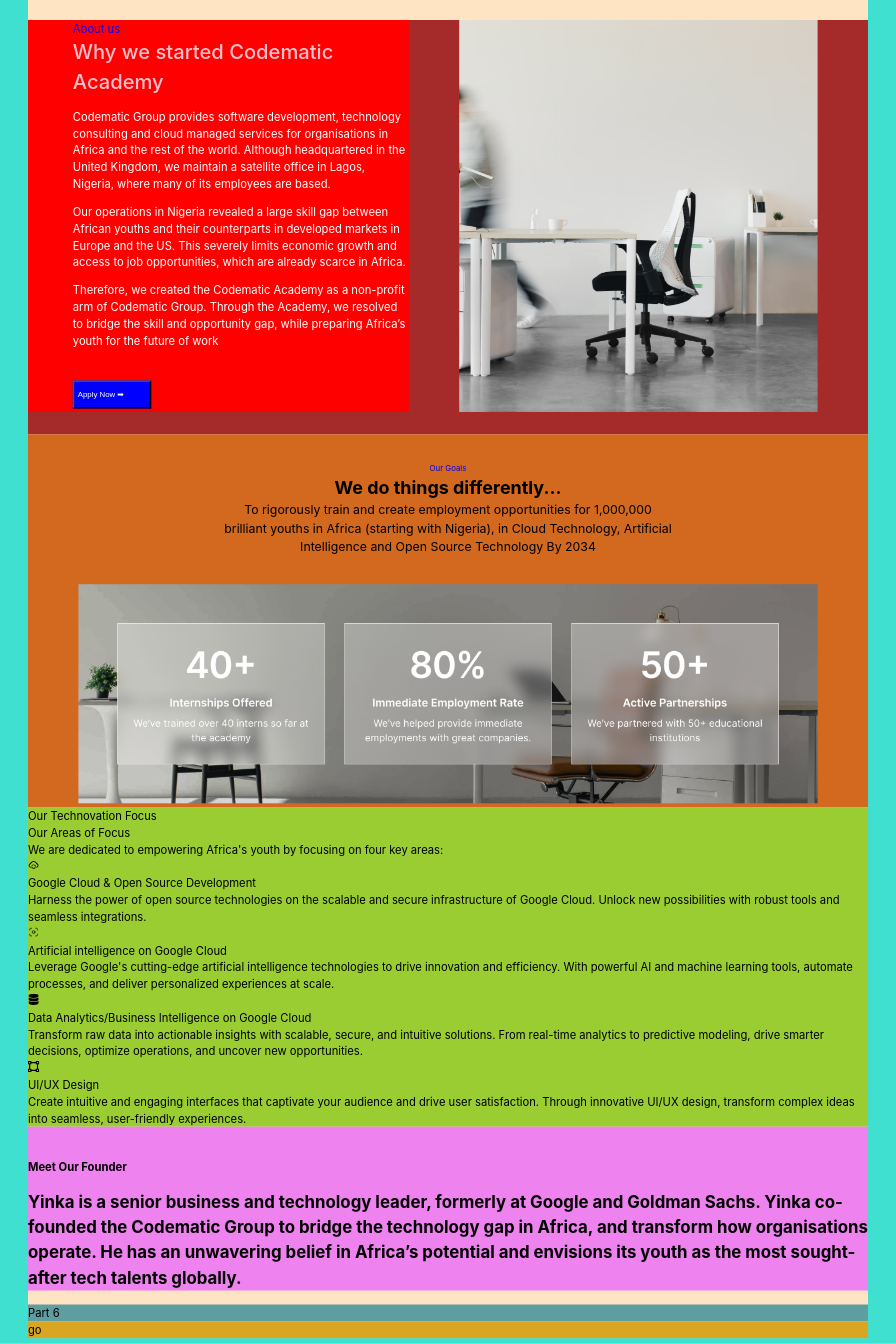
Repository: Gabriel221-dev/Codematic-page
Page: /
These files come from the project's save history. The page is drawn as it stood at one moment and after the next save; the edit follows.
The browser window is 1280 px wide. The pictures show the part of the page from y = 1021 to 2941 px (the page is 2941 px tall before and 2849 px after), at 70% of full size.
The project was rebuilt for these pictures with package versions that can differ from the ones it lists, and the page was loaded fresh each time. Also part of the build but not shown: vite.config.js.

Above is the page before, as saved 2024-07-25 09:05:41.

After the next save:
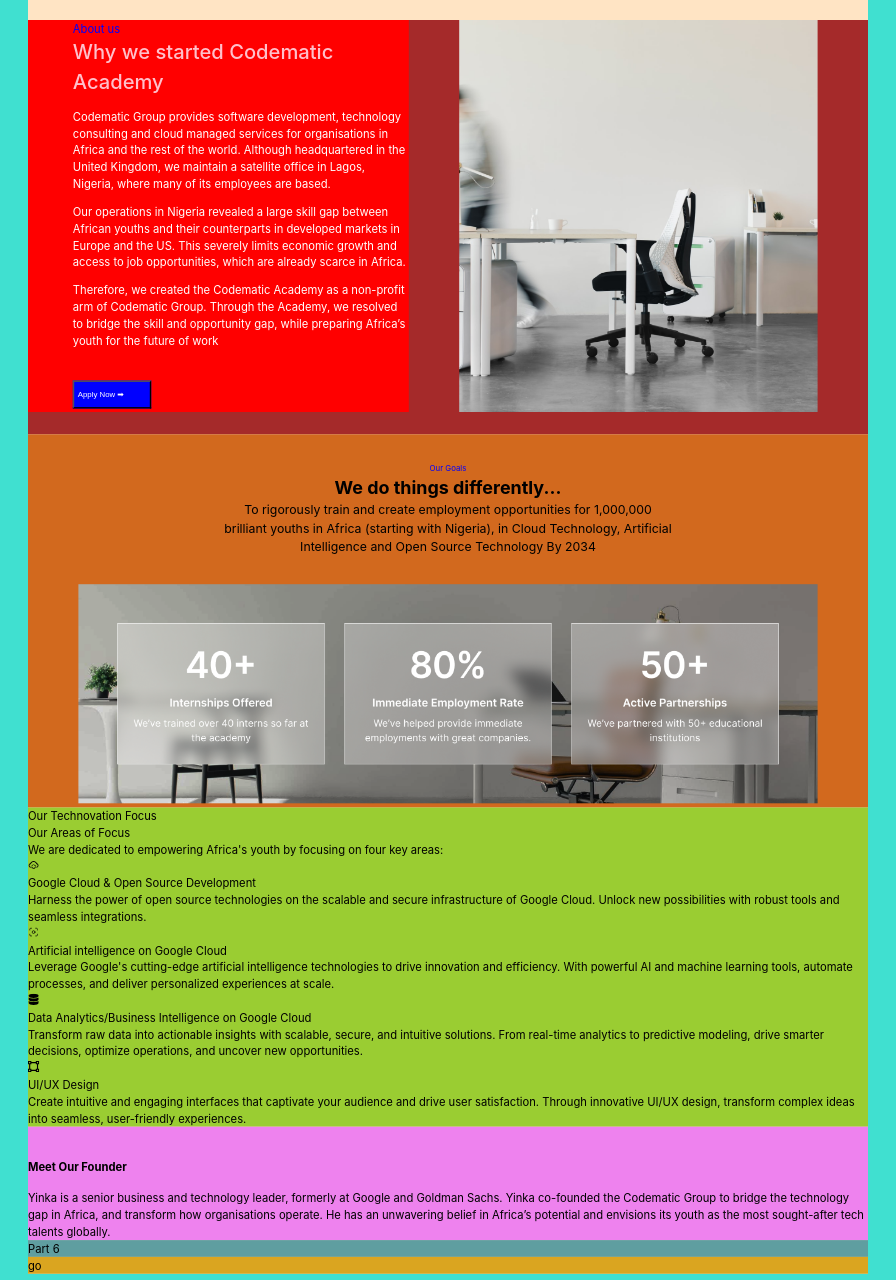
Saved 35 s later.
--- a/src/pages/home.jsx
+++ b/src/pages/home.jsx
@@ -173,14 +173,14 @@
             <article>
               <div>
                 <h1>Meet Our Founder</h1>
-                <h2>
+                <div>
                   Yinka is a senior business and technology leader, formerly at
                   Google and Goldman Sachs. Yinka co-founded the Codematic Group
                   to bridge the technology gap in Africa, and transform how
                   organisations operate. He has an unwavering belief in Africa’s
                   potential and envisions its youth as the most sought-after
                   tech talents globally.
-                </h2>
+                </div>
               </div>
             </article>
           </content>
